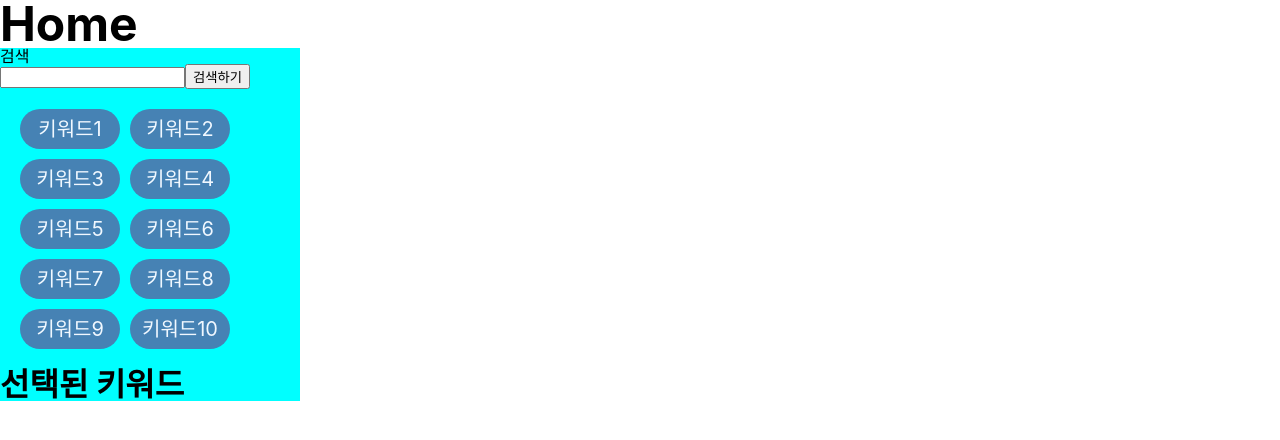
Repository: sunoo-lee/Star-Explore
Page: /
These files come from the project's save history. The page is drawn as it stood at one moment and after a run of saves; the edit follows.
The browser window is 1280 px wide. The pictures show the whole page.
The project was rebuilt for these pictures with package versions that can differ from the ones it lists, and the page was loaded fresh each time.

Above is the page before, as saved 2022-10-14 04:34:49.

After the next 2 saves:
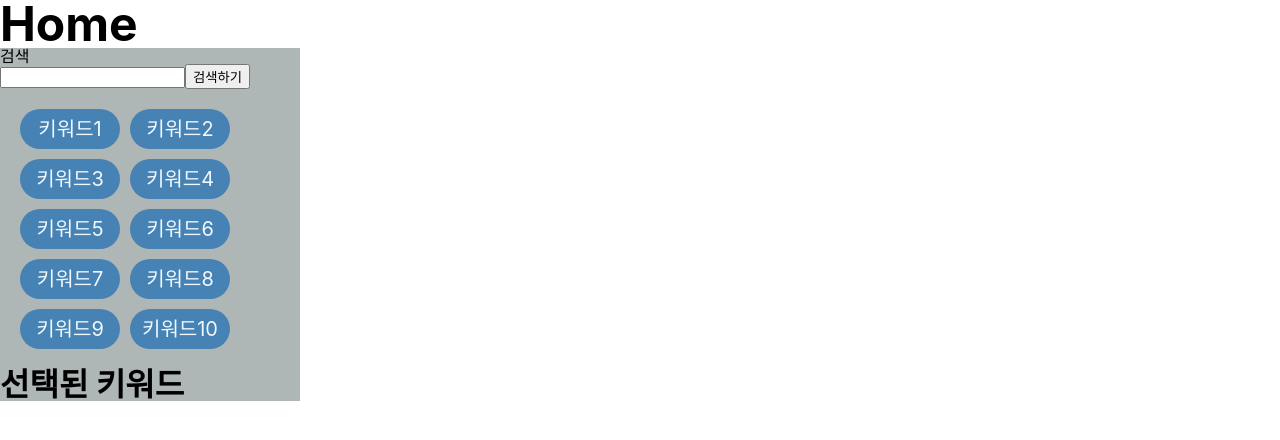
The 2 saves are shown as one change because they came seconds apart.
The last was saved 8 s later.
--- a/src/Style.css
+++ b/src/Style.css
@@ -12,9 +12,9 @@ code {
     monospace;
 }
 .nav {
+  background-color: rgb(174, 182, 182);
+  width: 300px;
   height: 100%;
-  background-color: aqua;
-  width: 300px;
 }
 h1 {
   font-size: 3rem;
